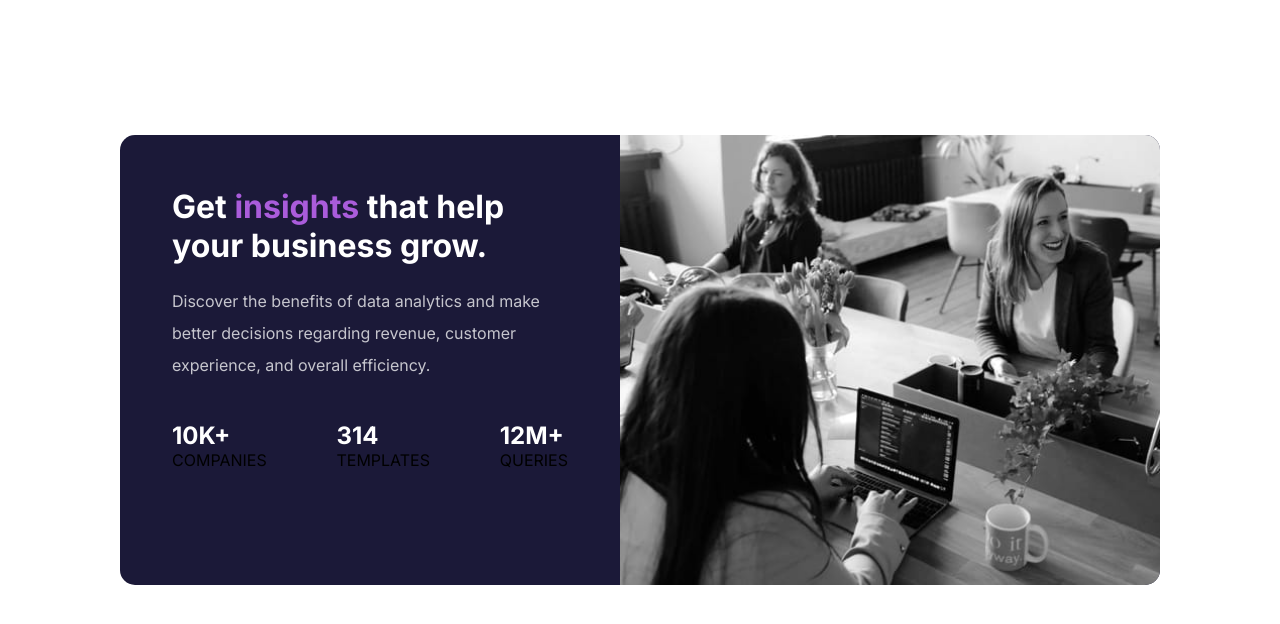
Repository: keisewarsame/stats-preview-frontendmentor
Page: index.html
An editor plug-in stored every save of this project. The page is shown before and after the next save, followed by the edit.
The browser window is 1280 px wide. The pictures show the whole page.

Above is the page before, as saved 2022-07-12 13:02:55.

### index.html
<!DOCTYPE html>
<html lang="en">
<head>
  <meta charset="UTF-8">
  <meta name="viewport" content="width=device-width, initial-scale=1.0"> <!-- displays site properly based on user's device -->
  <link rel="icon" type="image/png" sizes="32x32" href="./images/favicon-32x32.png">
  <link rel="stylesheet" href="styles.css">
  <title>Frontend Mentor | Stats preview card component</title>
</head>
<body>
    <div class="container">
        <div class="wrapper">
            <div class="text-component">
                <h1 class="title">Get <span>insights</span> that help your business grow.</h1>
                <p class="subtitle">Discover the benefits of data analytics and make better decisions regarding revenue, customer experience, and overall efficiency.</p>
                <div class="stats-component">
                    <div>
                        <p class="num">10K+</p>
                        <p class="stats-sub">Companies</p>
                    </div>
                    <div>
                        <p class="num">314</p>
                        <p class="stats-sub">Templates</p>
                    </div>
                    <div>
                        <p class="num">12M+</p>
                        <p class="stats-sub">Queries</p>
                    </div>
                </div>
            </div>
            <div class="image-component">
                <img src="/images/image-header-desktop.jpg" alt="">
            </div>
        </div>
    </div>
</body>
</html>

### styles.css
@import url('https://fonts.googleapis.com/css2?family=Inter:wght@400;700&family=Lexend+Deca&display=swap');

* {
    margin: 0;
    padding: 0;
}

body {
    display: flex;
    align-items: center;
    min-height: 100vh;
}

.container {
    margin: 0 auto;
    max-width: 1040px;
}

.wrapper {
    background-color: hsl(244, 38%, 16%);
    display: flex;
    border-radius: 15px;
    overflow: hidden;
}

.text-component {
    padding: 5%;
    font-family: 'Inter', sans-serif;
}

.title {
    color: hsl(0, 0%, 100%);
    margin-bottom: 20px;
    font-weight: 700;
}

.title span {
    color: hsl(277, 64%, 61%)
}

.subtitle {
    color: hsla(0, 0%, 100%, 0.75);
    margin-bottom: 40px;
    line-height: 2;
}

.stats-component {
    display: flex;
    justify-content: space-between;
}

.num {
    color: hsl(0, 0%, 100%);
    font-weight: 700;
    font-size: 24px;
}

.stats-sub {
    text-transform: uppercase;
}





img {
    height: 100%;
}

After the next save:
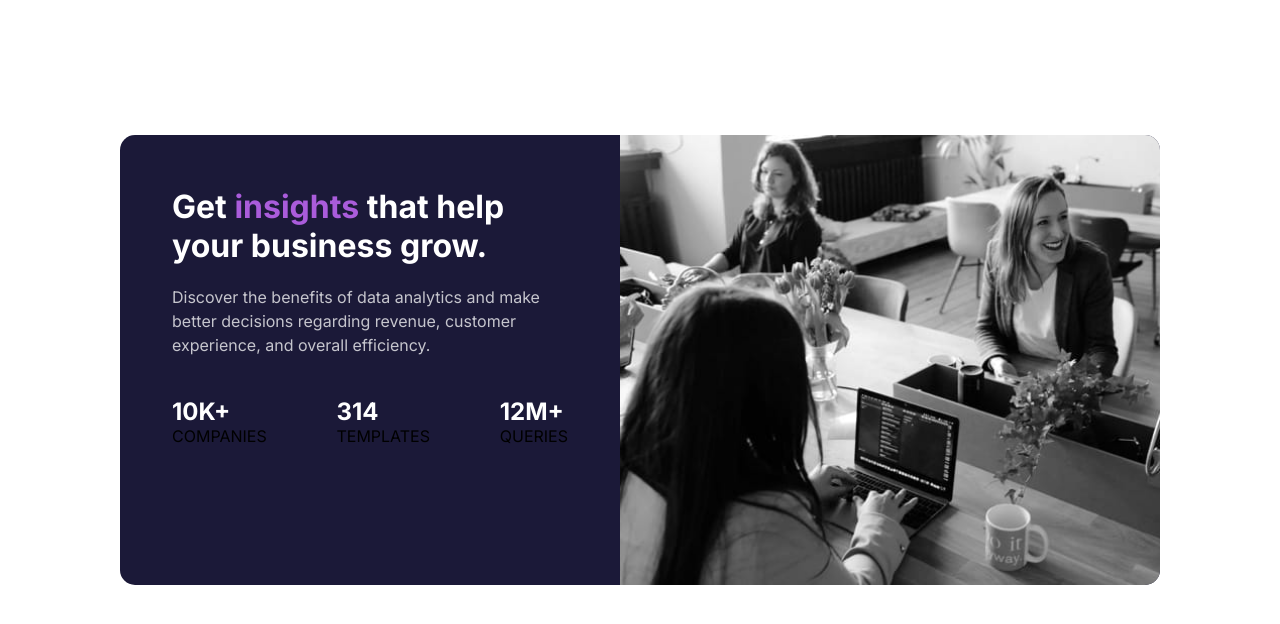
Saved 5 s later.
--- a/styles.css
+++ b/styles.css
@@ -41,7 +41,7 @@ body {
 .subtitle {
     color: hsla(0, 0%, 100%, 0.75);
     margin-bottom: 40px;
-    line-height: 2;
+    line-height: 1.5;
 }
 
 .stats-component {
